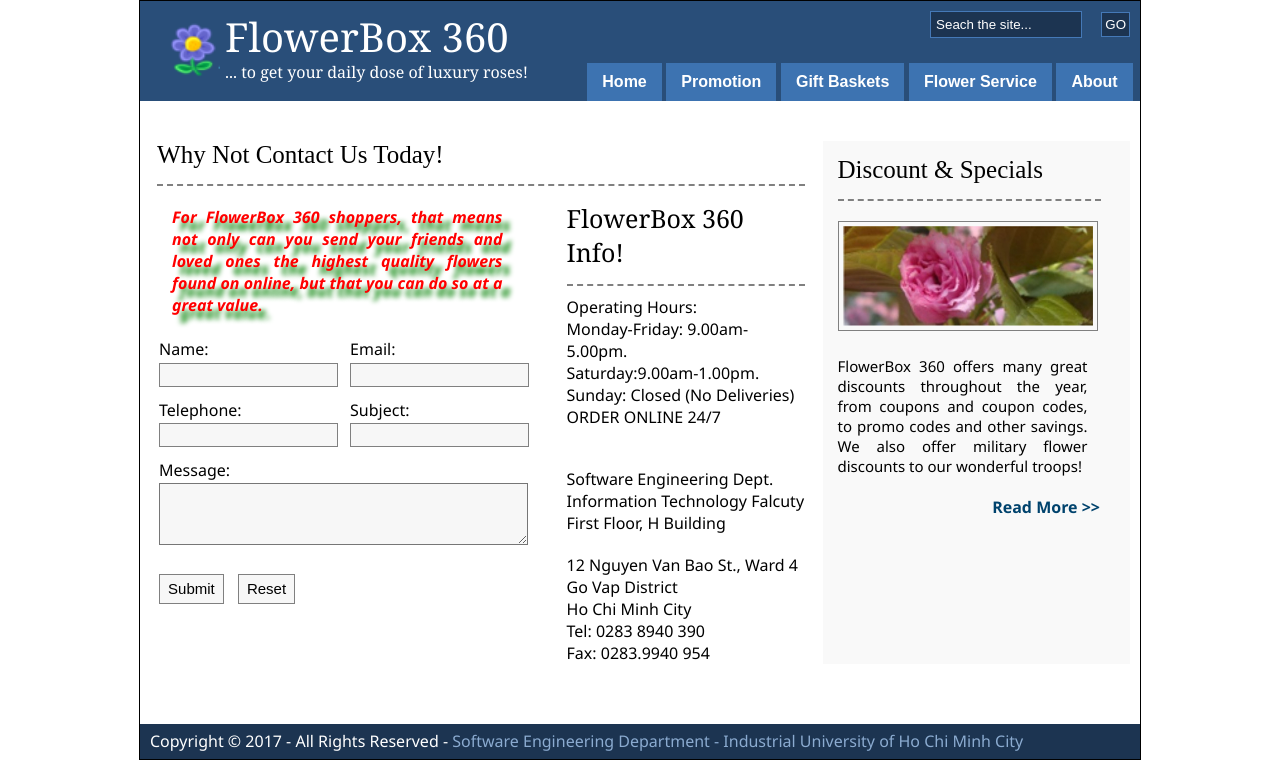
Repository: thu1365/BTKT_WEB
Page: HTML/btkt.html
These files come from the project's save history. The page is drawn as it stood at one moment and after the next save; the edit follows.
The browser window is 1280 px wide. The pictures show the whole page.

Above is the page before, as saved 2023-03-11 21:27:12.

### HTML/btkt.html
<!DOCTYPE html>
<html lang="en">

<head>
    <meta charset="UTF-8">
    <meta http-equiv="X-UA-Compatible" content="IE=edge">
    <meta name="viewport" content="width=device-width, initial-scale=1.0">
    <title>21025781-Lê Minh Thư</title>
    <style>
        * {
            padding: 0;
            margin: 0 auto;
        }

        .wrapper {
            width: 1000px;
            background-color: #fff;
            border: 1px solid black;
        }

        header {
            position: relative;
            width: 1000px;
            height: 100px;
            background-color: #294e79;
            font-family: Georgia, 'Times New Roman', Times, serif;
        }

        .logo {
            position: relative;
            left: 20px;
            top: 10px;
            width: 60px;
            height: 80px;
        }

        .name1 {
            font-size: 40px;
            color: #fff;
            position: absolute;
            left: 85px;
            top: 8px;
        }

        .name2 {
            color: #fff;
            position: absolute;
            left: 85px;
            top: 60px;
        }

        #search1 {
            background-color: #1c3451;
            border: 1px solid #4579b7;
            color: #fff;
            margin-right: 15px;
            width: 150px;
            height: 25px;
        }

        #search1::placeholder {
            padding-left: 5px;
            color: #fff;
        }

        #search2 {
            background-color: #1c3451;
            border: 1px solid #4579b7;
            color: #fff;
            height: 25px;
            padding: 0 3px;
        }

        .search_form {
            position: absolute;
            top: 10px;
            right: 10px;
        }

        .nav {
            display: flex;
            width: 550px;
            position: absolute;
            bottom: 0px;
            right: 5px;
            font-family: Arial, Helvetica, sans-serif;
        }

        .nav_item {
            position: relative;
            padding: 10px 15px;
            background-color: #3d73b1;
        }

        .nav_item:hover {
            background-color: #8babd0;
        }

        .nav_item a {
            color: white;
            font-weight: bold;
            text-decoration: none;
        }

        .nav1 {
            display: none;
            position: absolute;
            top: 39px;
            left: 0px;
            width: 180px;
            height: 60px;
            background-color: #8babd0;
        }

        .nav2 {
            box-sizing: border-box;
            padding-left: 15px;
            line-height: 30px;
            height: 50%;
            border: 1px solid rgb(158, 196, 240);
            color: white;
        }

        .nav_item:hover .nav1 {
            display: block;
            background-color: #9bbbe0;
        }

        .nav2:hover {
            background-color: #edf6ff;
            cursor: pointer;
        }

        .container {
            font-family: 'Segoe UI', Tahoma, Geneva, Verdana, sans-serif;
            padding-bottom: 60px;
            width: 100%;
            display: flex;
        }

        .Left {
            display: flex;
            width: 70%;
            justify-content: space-between;
            flex-wrap: wrap;
        }

        .p1 {
            width: 55%;
        }

        .p2 {
            width: 35%;
        }

        .p3 {
            background-color: #f9f9f9;
            width: 30%;
            padding-left: 15px;
            margin-top: 40px;
            margin-right: 10px;
        }

        .Left1 {
            font-family: 'Times New Roman', Times, serif;
            width: 95%;
            padding: 40px 0px 15px 0px;
            font-size: 25px;
            border-bottom: 2px dashed gray;
        }

        .p1_1 {
            padding: 20px 30px 20px 15px;
            text-align: justify;
            color: red;
            font-style: italic;
            font-family: 'Segoe UI', Tahoma, Geneva, Verdana, sans-serif;
            text-shadow: 8px 8px 5px green;
        }

        table input {
            height: 22px;
            margin-right: 10px;
            margin-bottom: 10px;
            background-color: #f7f7f7;
            border: 1px solid gray;
        }

        table textarea {
            background-color: #f7f7f7;
        }

        .p1_sub {
            box-sizing: border-box;
            margin-top: 20px;
            height: 30px;
            font-size: 15px;
            padding: 0 8px;
            line-height: 28px;
            border: 1px solid gray;
        }

        .p2_1 {
            font-family: Georgia, 'Times New Roman', Times, serif;
            padding: 15px 0px 15px;
            width: 100%;
            font-size: 25px;
            border-bottom: 2px dashed gray;
        }

        .p2_2 {
            font-family: 'Segoe UI', Tahoma, Geneva, Verdana, sans-serif;
            padding: 10px 0 40px 0;
        }

        .p2_3 {
            font-family: 'Segoe UI', Tahoma, Geneva, Verdana, sans-serif;
        }

        .p2_4 {
            font-family: 'Segoe UI', Tahoma, Geneva, Verdana, sans-serif;
            padding-top: 20px;
        }

        .p3_1 {
            font-family: 'Times New Roman', Times, serif;
            padding: 15px 0px 15px;
            width: 90%;
            margin-right: 30px;
            font-size: 25px;
            border-bottom: 2px dashed gray;
        }

        .p3_anh {
            width: 250px;
            height: 100px;
            padding: 4px;
            margin: 20px 0;
            border: 1px solid gray;
        }

        .p3_2 {
            width: 250px;
            margin-right: 30px;
            float: left;
            text-align: justify;
            font-family: 'Segoe UI', Tahoma, Geneva, Verdana, sans-serif;
            font-size: 15px;
            display: block;
        }

        .p3_3 {
            color: #00436d;
            font-weight: bold;
            margin-right: 30px;
            float: right;
            padding-top: 20px;
            text-decoration: none;
        }

        footer {
            background-color: #1c3451;
            height: 35px;
        }

        #footer_1 {
            font-family: 'Segoe UI', Tahoma, Geneva, Verdana, sans-serif;
            padding-left: 10px;
            color: #8babd0;
            line-height: 35px;
        }

        #footer_1 .white {
            color: #fff;
        }
    </style>
</head>

<body>
    <div class="wrapper">
        <header>
            <img src="/IMAGE/AnhLogo.PNG" alt="" class="logo">
            <p class="name1">FlowerBox 360</p>
            <p class="name2">... to get your daily dose of luxury roses!</p>
            <form action="" class="search_form">
                <input type="text" name="" id="search1" placeholder="Seach the site...">
                <input id="search2" type="button" value="GO">
            </form>
            <div class="nav">
                <div class="nav_item"><a href="">Home</a></div>
                <div class="nav_item"><a href="">Promotion</a></div>
                <div class="nav_item"><a href="">Gift Baskets</a></div>
                <div class="nav_item"><a href="">Flower Service</a>
                    <div class="nav1">
                        <div class="nav2"><b>Flower for Wedding</b></div>
                        <div class="nav2"><b>Flower for Conference</b></div>

                    </div>
                </div>
                <div class="nav_item"><a href="">About</a></div>
            </div>
        </header>
        <div class="container">
            <div class="Left">
                <p class="Left1">Why Not Contact Us Today!</p>
                <div class="p1">
                    <p class="p1_1"><b>For FlowerBox 360 shoppers, that means not only can you send your friends and loved ones the highest quality flowers found on online, but that you can do so at a great value.</b></p>
                    <form action="" class="c1_form">
                        <table>
                            <tr>
                                <td><label for="name_ip">Name:</label></td>
                                <td><label for="mail_ip">Email:</label></td>
                            </tr>
                            <tr>
                                <td><input type="text" name="" id="name_ip"></td>
                                <td><input type="email" name="" id="mail_ip"></td>
                            </tr>
                            <tr>
                                <td><label for="tel_ip">Telephone:</label></td>
                                <td><label for="sub_ip">Subject:</label></td>
                            </tr>
                            <tr>
                                <td><input type="tel" name="" id="tel_ip"></td>
                                <td><input type="text" name="" id="sub_ip"></td>
                            </tr>
                            <tr>
                                <td colspan="2"><label for="mess_ip">Message:</label></td>
                            </tr>
                            <tr>
                                <td colspan="2"> <textarea name="" id="mess_ip" cols="44" rows="4"></textarea></td>
                            </tr>
                            <tr>
                                <tr>
                                    <td><input class="p1_sub" type="button" value="Submit"> <input class="p1_sub" type="button" value="Reset"></td>
                                </tr>
                            </tr>
                        </table>

                    </form>
                </div>
                <div class="p2">
                    <p class="p2_1">FlowerBox 360 Info!</p>
                    <p class="p2_2">Operating Hours: <br> Monday-Friday: 9.00am-5.00pm.<br> Saturday:9.00am-1.00pm.
                        <br> Sunday: Closed (No Deliveries)<br> ORDER ONLINE 24/7
                    </p>
                    <p class="p2_3">
                        Software Engineering Dept. <br> Information Technology Falcuty<br> First Floor, H Building
                    </p>
                    <p class="p2_4">
                        12 Nguyen Van Bao St., Ward 4<br> Go Vap District<br> Ho Chi Minh City<br> Tel: 0283 8940 390<br> Fax: 0283.9940 954
                    </p>


                </div>
            </div>
            <div class="p3">
                <p class="p3_1">Discount & Specials</p>
                <img src="/IMAGE/Hoa.jpg" alt="" class="p3_anh">
                <p class="p3_2">FlowerBox 360 offers many great discounts throughout the year, from coupons and coupon codes, to promo codes and other savings. We also offer military flower discounts to our wonderful troops!</p>
                <a class="p3_3" href="">Read More >></a>
            </div>
        </div>
        <footer>
            <p id="footer_1"><span class="white">Copyright © 2017 - All Rights Reserved -</span> Software Engineering Department - Industrial University of Ho Chi Minh City</p>
        </footer>
    </div>
</body>

</html>

After the next save:
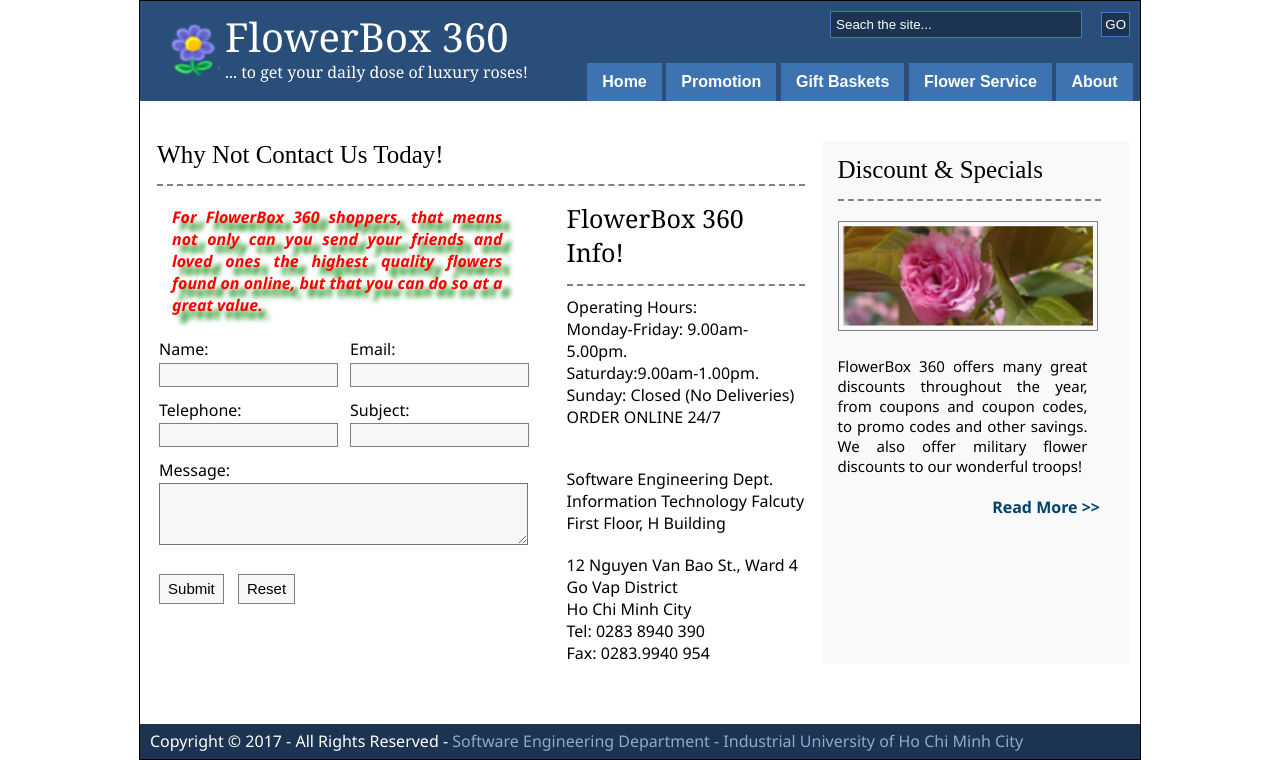
Saved 10 s later.
--- a/HTML/btkt.html
+++ b/HTML/btkt.html
@@ -54,7 +54,7 @@
             border: 1px solid #4579b7;
             color: #fff;
             margin-right: 15px;
-            width: 150px;
+            width: 250px;
             height: 25px;
         }
 
